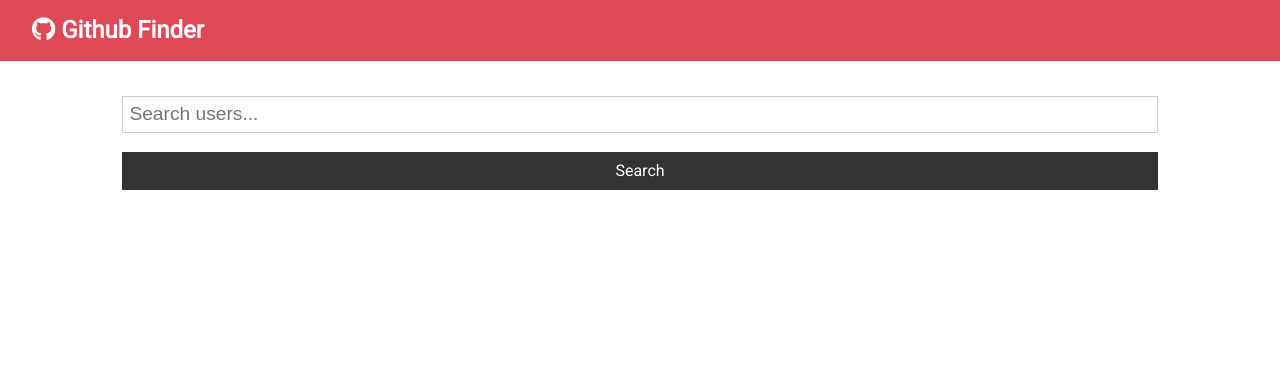
Repository: zhapar/github-finder
Page: /
These files come from the project's save history. The page is drawn as it stood at one moment and after the next save; the edit follows.
The browser window is 1280 px wide. The pictures show the whole page.
The page's requests for data from a server got no answer. Some web libraries are served in a nearby version. The project was rebuilt for these pictures with package versions that can differ from the ones it lists, and the page was loaded fresh each time. No one was signed in, and anything a server would have sent is missing. Also part of the build but not shown: src/components/users/UserItem.js.

Above is the page before, as saved 2020-05-08 15:25:36.

After the next save:
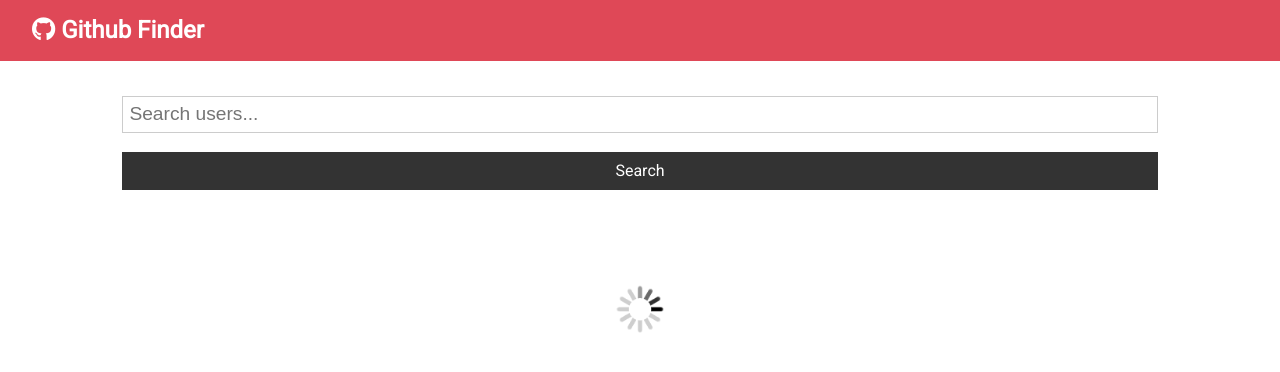
Saved 6 s later.
--- a/src/App.js
+++ b/src/App.js
@@ -11,15 +11,15 @@
     loading: false,
   };
 
-  // async componentDidMount() {
-  //   this.setState({ loading: true });
+  async componentDidMount() {
+    this.setState({ loading: true });
 
-  //   const res = await axios.get(
-  //     `https://api.github.com/users?client_id=${process.env.REACT_APP_GITHUB_CLIENT_ID}&client_secret=${process.env.REACT_APP_GITHUB_CLIENT_SECTRET}`
-  //   );
+    const res = await axios.get(
+      `https://api.github.com/users?client_id=${process.env.REACT_APP_GITHUB_CLIENT_ID}&client_secret=${process.env.REACT_APP_GITHUB_CLIENT_SECTRET}`
+    );
 
-  //   this.setState({ users: res.data, loading: false });
-  // }
+    this.setState({ users: res.data, loading: false });
+  }
 
   // Search Github users
   searchUsers = async (text) => {

After the save that followed:
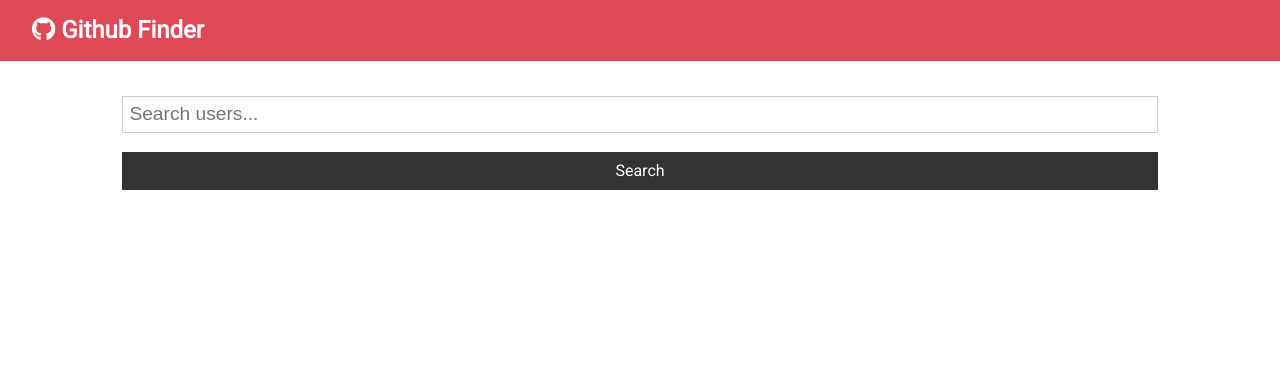
Saved 2 min 27 s later.
--- a/src/App.js
+++ b/src/App.js
@@ -11,15 +11,15 @@
     loading: false,
   };
 
-  async componentDidMount() {
-    this.setState({ loading: true });
+  // async componentDidMount() {
+  //   this.setState({ loading: true });
 
-    const res = await axios.get(
-      `https://api.github.com/users?client_id=${process.env.REACT_APP_GITHUB_CLIENT_ID}&client_secret=${process.env.REACT_APP_GITHUB_CLIENT_SECTRET}`
-    );
+  //   const res = await axios.get(
+  //     `https://api.github.com/users?client_id=${process.env.REACT_APP_GITHUB_CLIENT_ID}&client_secret=${process.env.REACT_APP_GITHUB_CLIENT_SECTRET}`
+  //   );
 
-    this.setState({ users: res.data, loading: false });
-  }
+  //   this.setState({ users: res.data, loading: false });
+  // }
 
   // Search Github users
   searchUsers = async (text) => {
